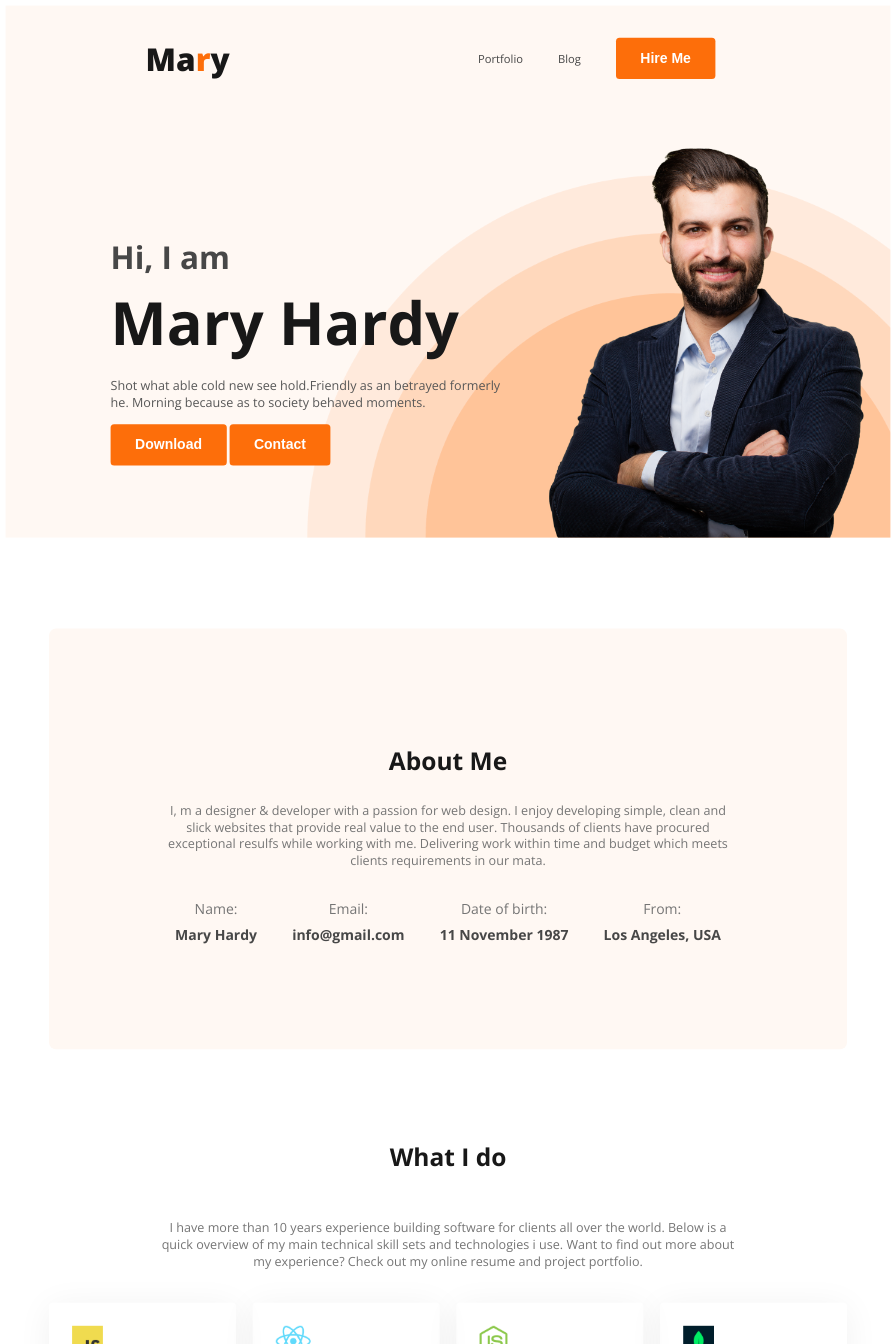
Repository: ShouravAhammed/Simple-Portfolio-Webpage
Page: index.html
The author's editor kept a copy of each file at every save. The page is drawn from the files as they stood at one save, then again after the next save.
The browser window is 1280 px wide. The pictures show the part of the page from y = 0 to 1920 px (the page is 4030 px tall), at 70% of full size.

Above is the page before, as saved 2024-01-06 04:24:07.

After the next save:
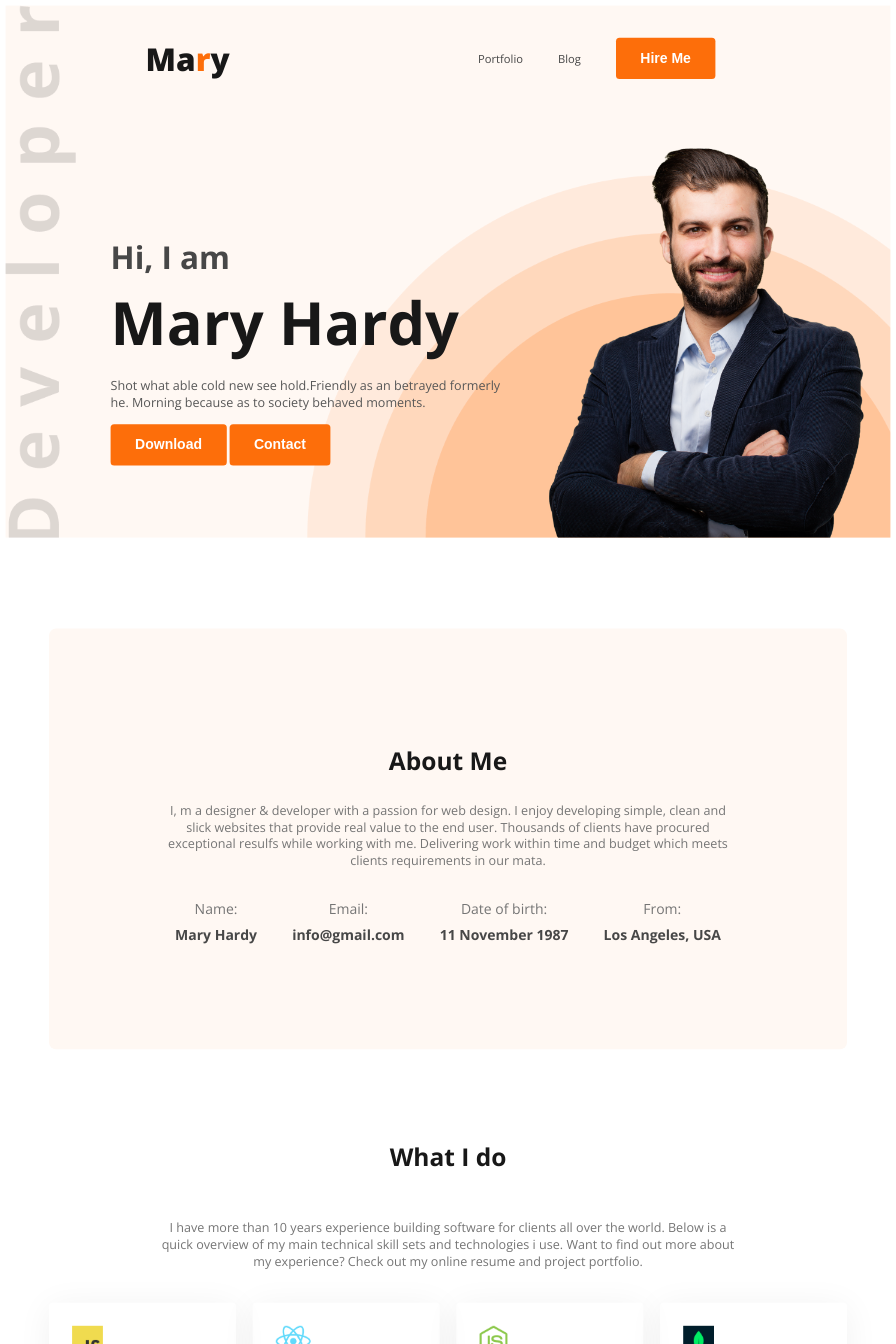
Saved 2 min 57 s later.
--- a/index.css
+++ b/index.css
@@ -51,8 +51,8 @@ nav a{
 /* header related style */
 .header{
     background: #FFF8F3;
-    background-image: url(images/header_bg.png);
-    background-position: bottom right;
+    background-image: url(images/header_bg.png), url(images/developer.png);
+    background-position: bottom right, top left;
     background-repeat: no-repeat;
 }
 .banner{
